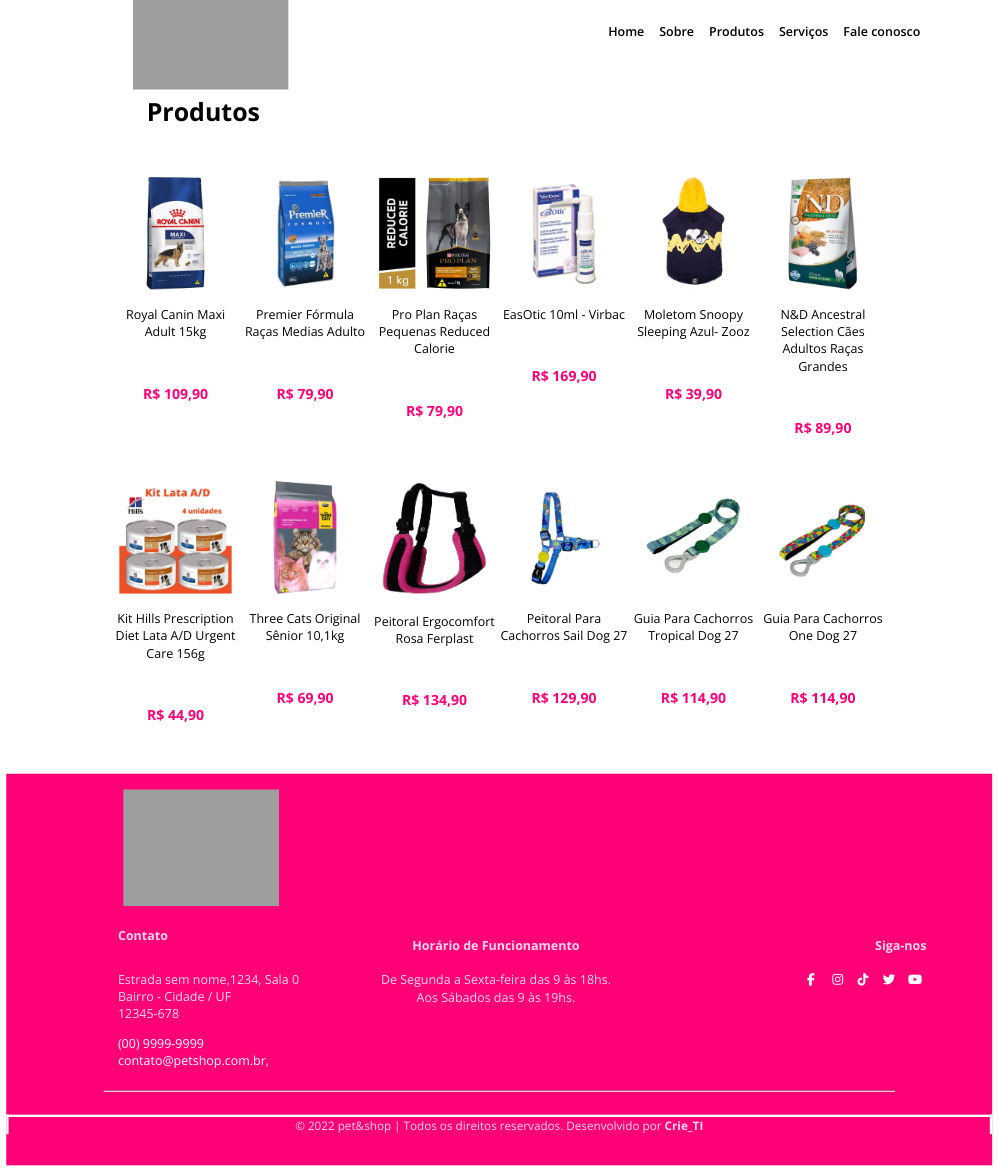
Repository: Iluiscarlos/Projeto-Site-PetShop
Page: products.html
These files come from the project's save history. The page is drawn as it stood at one moment and after the next save; the edit follows.
The browser window is 1280 px wide. The pictures show the whole page, at 78% of full size.
Pictures or frames that could not be fetched are drawn as grey boxes. Some web libraries are served in a nearby version.

Above is the page before, as saved 2022-04-25 20:27:30.

After the next save:
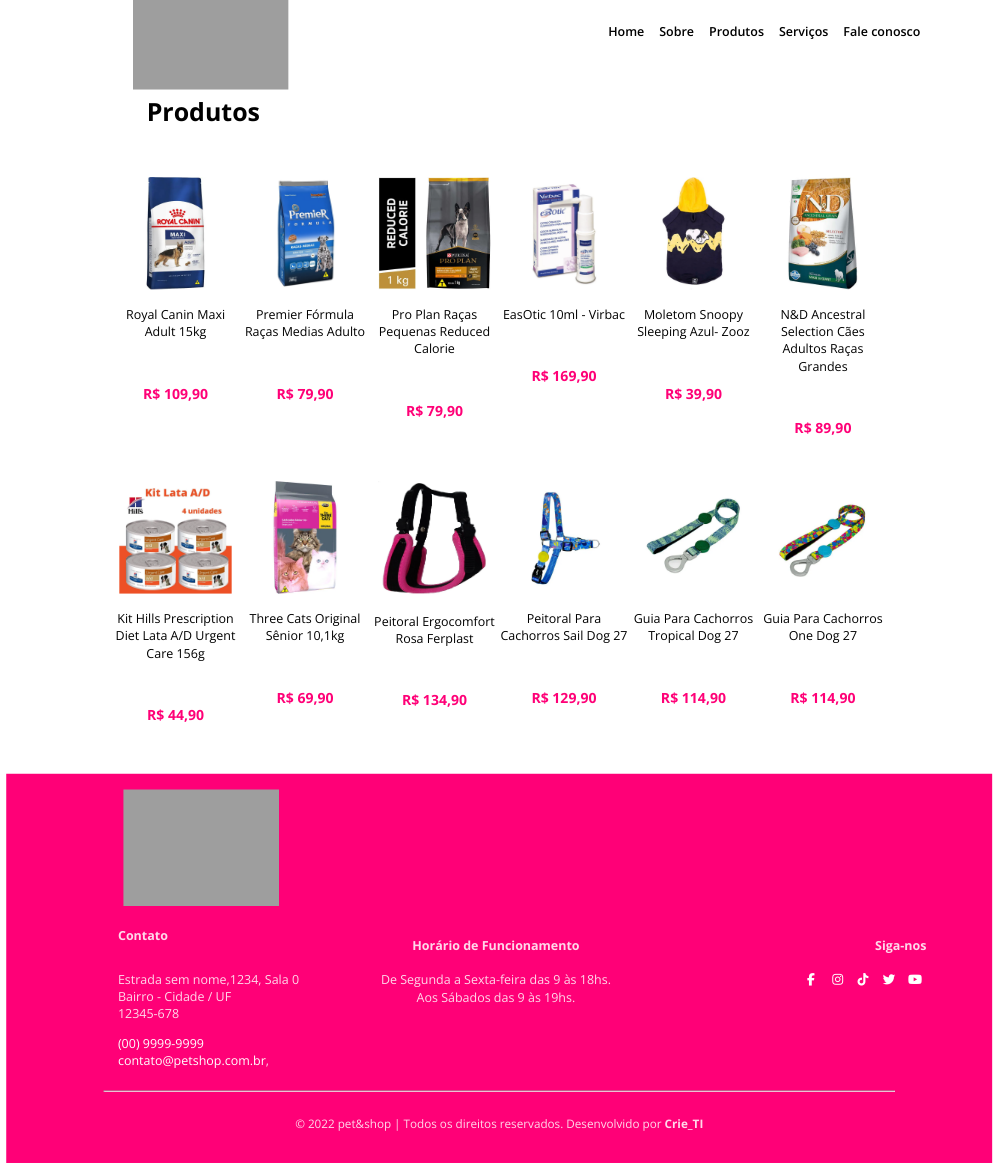
Saved 14 s later.
--- a/products.html
+++ b/products.html
@@ -224,9 +224,6 @@
 
     .footer{
       text-align: center;
-      border-style: solid;
-      border-bottom: #ffffff;
-      border-color: #ffffff;
     }
 
 </style>
